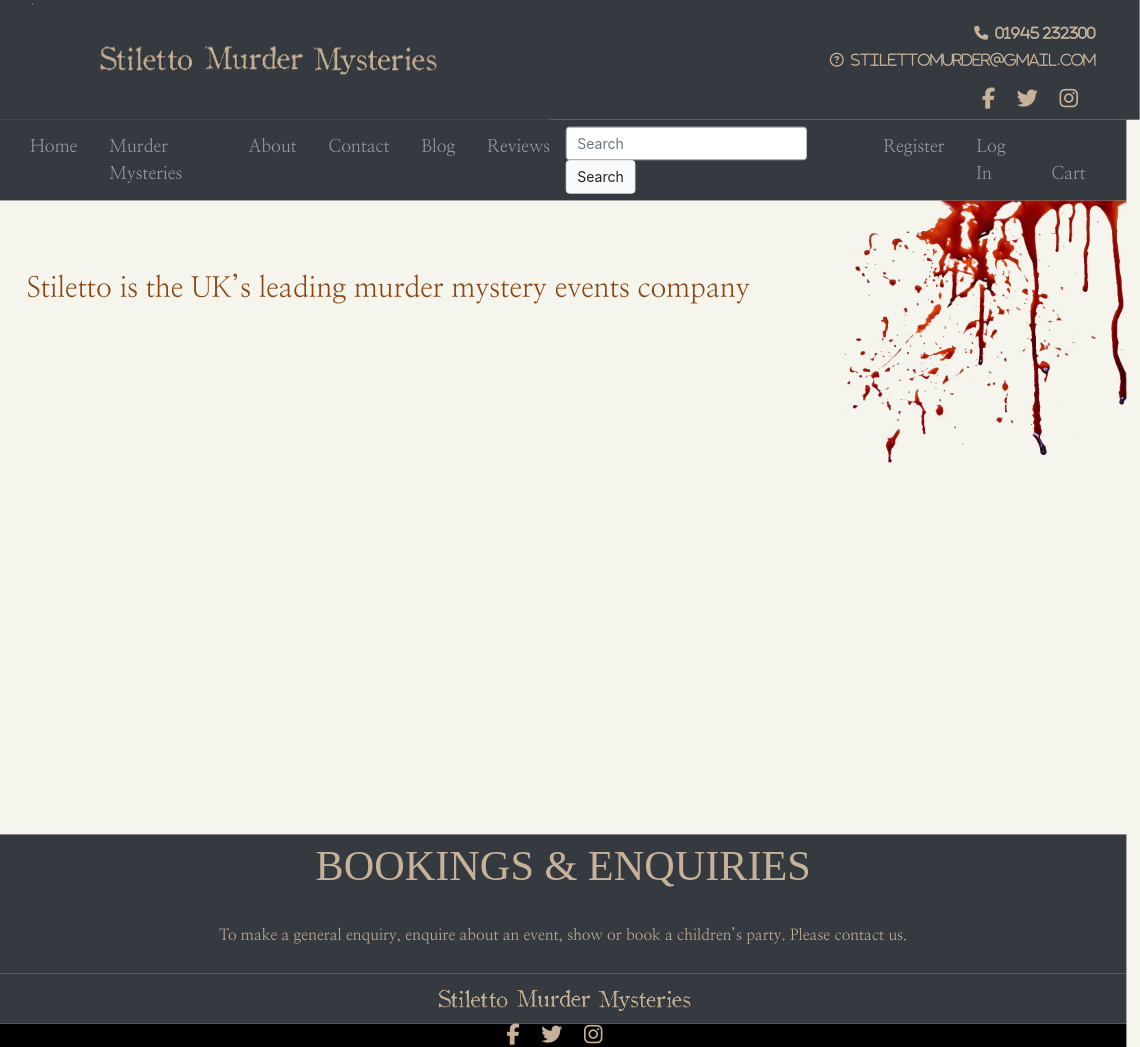
Repository: TaylorD1982/murder-milestone
Page: templates/base.html
The author's editor kept a record of every edit. The page is drawn from the files as they stood at one moment, then again after the next edit.
The browser window is 1280 px wide. The page is 1295 px wide, so the pictures cover 1295 px, including what lies to the right of the window. The pictures show the whole page, at 88% of full size.
Some icons come from a web library that is not loaded, so they are not drawn. Some web fonts or font styles are not loaded; a fallback is used. Some web libraries are served in a nearby version. The template is drawn by Django 2.2. The application's start-up code is not run. Other server files are loaded and not shown. The template is opened directly, without the code that normally fills it, so the values that code supplies are empty.

Above is the page before.
Console error: ReferenceError: emailjs is not defined

### templates/base.html
{% load staticfiles %}
<!DOCTYPE html>
<html lang="en">

<head>
    <meta charset="UTF-8">
    <meta name="viewport" content="width=device-width, initial-scale=1.0">
    <meta http-equiv="X-UA-Compatible" content="ie=edge">
    <title>Murder Mystery</title>
    <link rel="stylesheet" href="{% static 'font-awesome/css/font-awesome.min.css' %}">
    <link rel="stylesheet" href="{% static 'css/custom.css' %}">
    <script src="https://cdnjs.cloudflare.com/ajax/libs/jquery/3.2.1/jquery.min.js"></script>
    <script src="https://cdnjs.cloudflare.com/ajax/libs/twitter-bootstrap/3.3.7/js/bootstrap.min.js"></script>
    <link rel="stylesheet" href="https://maxcdn.bootstrapcdn.com/bootstrap/4.0.0/css/bootstrap.min.css" integrity="sha384-Gn5384xqQ1aoWXA+058RXPxPg6fy4IWvTNh0E263XmFcJlSAwiGgFAW/dAiS6JXm" crossorigin="anonymous">
    <script src="https://code.jquery.com/jquery-3.2.1.slim.min.js" integrity="sha384-KJ3o2DKtIkvYIK3UENzmM7KCkRr/rE9/Qpg6aAZGJwFDMVNA/GpGFF93hXpG5KkN" crossorigin="anonymous"></script>
    <script src="https://cdnjs.cloudflare.com/ajax/libs/popper.js/1.12.9/umd/popper.min.js" integrity="sha384-ApNbgh9B+Y1QKtv3Rn7W3mgPxhU9K/ScQsAP7hUibX39j7fakFPskvXusvfa0b4Q" crossorigin="anonymous"></script>
    <script src="https://maxcdn.bootstrapcdn.com/bootstrap/4.0.0/js/bootstrap.min.js" integrity="sha384-JZR6Spejh4U02d8jOt6vLEHfe/JQGiRRSQQxSfFWpi1MquVdAyjUar5+76PVCmYl" crossorigin="anonymous"></script>

    <script type="text/javascript" src="https://cdn.jsdelivr.net/npm/emailjs-com@2.3.2/dist/email.min.js"></script>
    <script type="text/javascript">
        (function(){
            emailjs.init("user_UbfQMZPiQGURDwMtv5SCI");
        })();
    </script>


    <link href="https://fonts.googleapis.com/css2?family=Italianno&display=swap" rel="stylesheet">
    <script src="https://kit.fontawesome.com/5336900852.js" crossorigin="anonymous"></script>
    <link href="https://fonts.googleapis.com/css?family=Nanum+Myeongjo&display=swap" rel="stylesheet"> {% block head_js %} {% endblock head_js %}
</head>

<body class="body">
    <div class="row banner">
        <div class="col-6">
            <div>
                <img width="100%" src="{% static 'images/banner-desktop-new.png' %}" alt="Stiletto Murder Mysteries">
            </div>
        </div>
        <div class="col-6 box">
            <div class="content-1">
                <div>
                    <i class="fas fa-phone contact-navbar">&nbsp;&nbsp;01945 232300</i>
                </div>
                <div>
                    <i class="far fa-question-circle contact-navbar">&nbsp;&nbsp;stilettomurder@gmail.com</i>
                </div>
            </div>
            <div class="content">
                <a href="https://facebook.com" target="_blank" class="fa fa-facebook"></a>
                <a href="https://twitter.com" target="_blank" class="fa fa-twitter fa-large"></a>
                <a href="https://instagram.com" target="_blank" class="fa fa-instagram fa-large"></a>
            </div>
        </div>
    </div>

    <!-- Fixed masthead -->

    <nav class="navbar navbar-expand-lg navbar-dark bg-dark">
        <button class="navbar-toggler mx-auto" type="button" data-toggle="collapse" data-target="#navbarNavAltMarkup" aria-controls="navbarNavAltMarkup" aria-expanded="false" aria-label="Toggle navigation">
    <span class="navbar-toggler-icon"></span>
  </button>
        <div class="collapse navbar-collapse" id="navbarNavAltMarkup">
            <ul class="navbar-nav mr-auto">
                <li class="nav-item">
                    <a class="nav-link" href="/">Home</a>
                </li>
                <li class="nav-item">
                    <a class="nav-link" href="{% url 'products' %}">Murder Mysteries</a>
                </li>
                <li class="nav-item">
                    <a class="nav-link" href="{% url 'about' %}">About</a>
                </li>
                <li class="nav-item">
                    <a class="nav-link" href="{% url 'contact' %}">Contact</a>
                </li>
                <li class="nav-item">
                    <a class="nav-link" href="{% url 'get_posts' %}">Blog</a>
                </li>
                <li class="nav-item">
                    <a class="nav-link" href="{% url 'get_reviews' %}">Reviews</a>
                </li>
            </ul>
            <form class="form-inline my-2 my-lg-0" action="{% url 'search' %}" method="get">
              <input class="form-control mr-sm-2" placeholder="Search" aria-label="Search" type="text" name="q">
              <button class="btn btn-light my-2 my-sm-0" type="submit">Search</button>
            </form>
            <ul class="navbar-nav ml-auto">
                {% if user.is_authenticated %}
                <li class="nav-item">
                    <a class="nav-link" href="{% url 'profile' %}">Profile</a>
                </li>
                <li class="nav-item">
                    <a class="nav-link" href="{% url 'logout' %}">Log Out</a>
                </li>
                {% else %}
                <li class="nav-item">
                    <a class="nav-link" href="{% url 'registration' %}">Register</a>
                </li>
                <li class="nav-item">
                    <a class="nav-link" href="{% url 'login' %}">Log In</a>
                </li>
                {% endif %}
                <li class="nav-item">
                    <a class="nav-link" href="{% url 'view_cart' %}">
                        <i class="fa fa-shipping-cart"></i>Cart
                            {% if product_count > 0 %}
                            <label class="badge badge-warning">{{ product_count }}</label>
                            {% endif %}
                    </a>
                </li>
            </ul>
        </div>
    </nav>

    <div = class="home">
        {% block content %}

        <img width="100%" src="{% static 'images/haunted-house-desktop.jpeg' %}" alt="Football League">

          <div class="top-left">
              <h1 class="home-text">Stiletto is the UK’s leading murder mystery events company</h1>
          </div>


        {% endblock %}
        {% if messages %}
                <div class="messages">
                    {% for message in messages %} {{ message }} {% endfor %}
                </div>
        {% endif %}


    </div>
    <footer>
        <div>
            <div class="footer-booking-header">BOOKINGS & ENQUIRIES</div>
            <div class="footer-booking-content">To make a general enquiry, enquire about an event, show or book a children’s party. Please contact us.</div>
        </div>
        <div>
            <img width="100%" src="{% static 'images/footer-desktop.png' %}" alt="Stiletto Murder Mysteries">
        </div>
        <div class="social-media">
            <container>
            <a href="https://facebook.com" target="_blank" class="fa fa-facebook"></a>
            <a href="https://twitter.com" target="_blank" class="fa fa-twitter fa-large"></a>
            <a href="https://instagram.com" target="_blank" class="fa fa-instagram fa-large"></a>
            </container>
        </div>
    </footer>
</body>

</html>

### static/css/custom.css
.body {
    background-color: #f5f4ed;
}

.accountform {
    padding-top: 20px;
}

.badge {
    padding-left: 9px;
    padding-right: 9px;
    -webkit-border-radius: 9px;
    -moz-border-radius: 9px;
    border-radius: 9px;
}

.label-warning[href],
.badge-warning[href] {
    background-color: #c67605;
}

caption p {
    word-wrap: break-word;
}

.row.row-flex {
    display: flex;
    flex-wrap: wrap;
    margin-top: 30px;
}

.panel-default {
    border-color: transparent;
    padding: 0 10px;
}

.panel-body {
    height: 100%;
    border: 1px solid #ddd;
}

.product-description {
    min-height: 40px;
}

/*-------------------------Navigation Bar--------*/

.navbar-nav {
  font-family: 'Nanum Myeongjo', serif;
  font-size: 1.25em;
 }

.nav-item {
  padding-left: 10px;
  padding-right: 10px;
 }

.bet_time {
    position:absolute;
    bottom:0;
    right:0;
    padding-right: 50px;
    padding-bottom: 50px;
}

.social-media {
    text-align: center;
    background-color: black;
    font-size: 1em;
}

.fa {
    color: #C7B299;
    font-size: 1.5em;
    padding-right: 20px;
    transition: transform .2s;
    margin: 0 auto;
}

.product-name {
    font-family: 'Italianno', cursive;
    font-size: 4em;
}

.product-description {
    font-family: 'Nanum Myeongjo', serif;
    font-size: 1.25em;
}

.box {
    position: relative;
}

.content {
    position: absolute;
    bottom: 10px;
    right: 50px;
}

.content-1 {
    position: absolute;
    bottom: 50px;
    right: 50px;
}

.banner {
    background-color: #343A40;
}

.form-group {
    padding-right: 7px;
}

/*-------------------------contact page-------*/

.container {
    width: 100%;
    padding-right: 15px;
    padding-left: 15px;
    padding-top: 40px;
    padding-bottom: 50px;
    margin-right: auto;
    margin-left: auto;
}

.contact-navbar {
  font-family: 'Nanum Myeongjo', serif;
  font-size: 1em;
  float: right;
  color: #C7B299;
  padding-top: 5px;
  padding-bottom: 10px;
}

.contact-title {
    font-family: 'Italianno', cursive;
    font-size: 4em;
    padding-bottom: 30px;
}

.contact-heading {
  font-family: 'Nanum Myeongjo', serif;
  font-size: 1.5em;
  color: #8B4513
}

.contact-content {
  font-family: 'Nanum Myeongjo', serif;
  font-size: 1.3em;
  padding-bottom: 30px;
}

.fa:hover {
  -ms-transform: scale(1.1); /* IE 9 */
  -webkit-transform: scale(1.1); /* Safari 3-8 */
  transform: scale(1.1);
  color:black;
  text-decoration: none;
}

.bg-dark {
    background-color: #413D3C!important;
}

/*-------------------------cart page-------*/

.empty {
    padding-top: 50px;
}

/*-------------------------Log In page-------*/

.container1 {
    padding-right: 155px;
    padding-left: 155px;
    padding-top: 40px;
    padding-bottom: 50px;

}

.home {
    position: relative;
}

.messages {
    position:absolute;
    top:10px;
    left: 10px;
    z-index: 1;
    background-color: #39e600;
    font-family: 'Italianno', cursive;
    font-size: 2em;
    padding-bottom: 30px;

}


.input-group {
    margin-right: 10px;
}

.footer-booking-header {
    font-family: 'Italianno', cursive;
    font-size: 3em;
    color: #C7B299;
    padding-bottom: 30px;
    background-color: #343A40;
    text-align: center;
}

.footer-booking-content {
    font-family: 'Nanum Myeongjo', serif;
    font-size: 1.1em;
    color: #C7B299;
    padding-bottom: 30px;
    background-color: #343A40;
    text-align: center;
}

/*---------------Reviews page-------*/

.post-review {
    position:absolute;
    top:20px;
    right: 50px;
}

.review-title {
    font-family: 'Italianno', cursive;
    color: #8B4513;
    font-size: 3em;
}

.review-content {
  font-family: 'Nanum Myeongjo', serif;
  font-size: 1.3em;
  padding-bottom: 1px;
  padding-top: 10px;
}

.review-by {
  font-family: 'Nanum Myeongjo', serif;
  font-size: 1em;
  padding-bottom: 1px;
  padding-top: 10px;
}

/*---------------Blog page-------*/

.blog-title {
    font-family: 'Italianno', cursive;
    color: #8B4513;
    font-size: 3em;
}

.blog-content {
  font-family: 'Nanum Myeongjo', serif;
  font-size: 1.3em;
  padding-bottom: 1px;
  padding-top: 10px;
}

.blog-info {
  font-family: 'Nanum Myeongjo', serif;
  font-size: 1em;
  padding-bottom: 1px;
  padding-top: 10px;
}

.top-left {
  position: absolute;
  top: 80px;
  left: 30px;
  max-width: 1000px;
}

.home-text {
  font-family: 'Nanum Myeongjo', cursive;
  color: #8B4513;
  font-size: 2em;
  padding-bottom: 35px;
}

Loaded but not shown: static/font-awesome/css/font-awesome.min.css (library)

After the next edit:
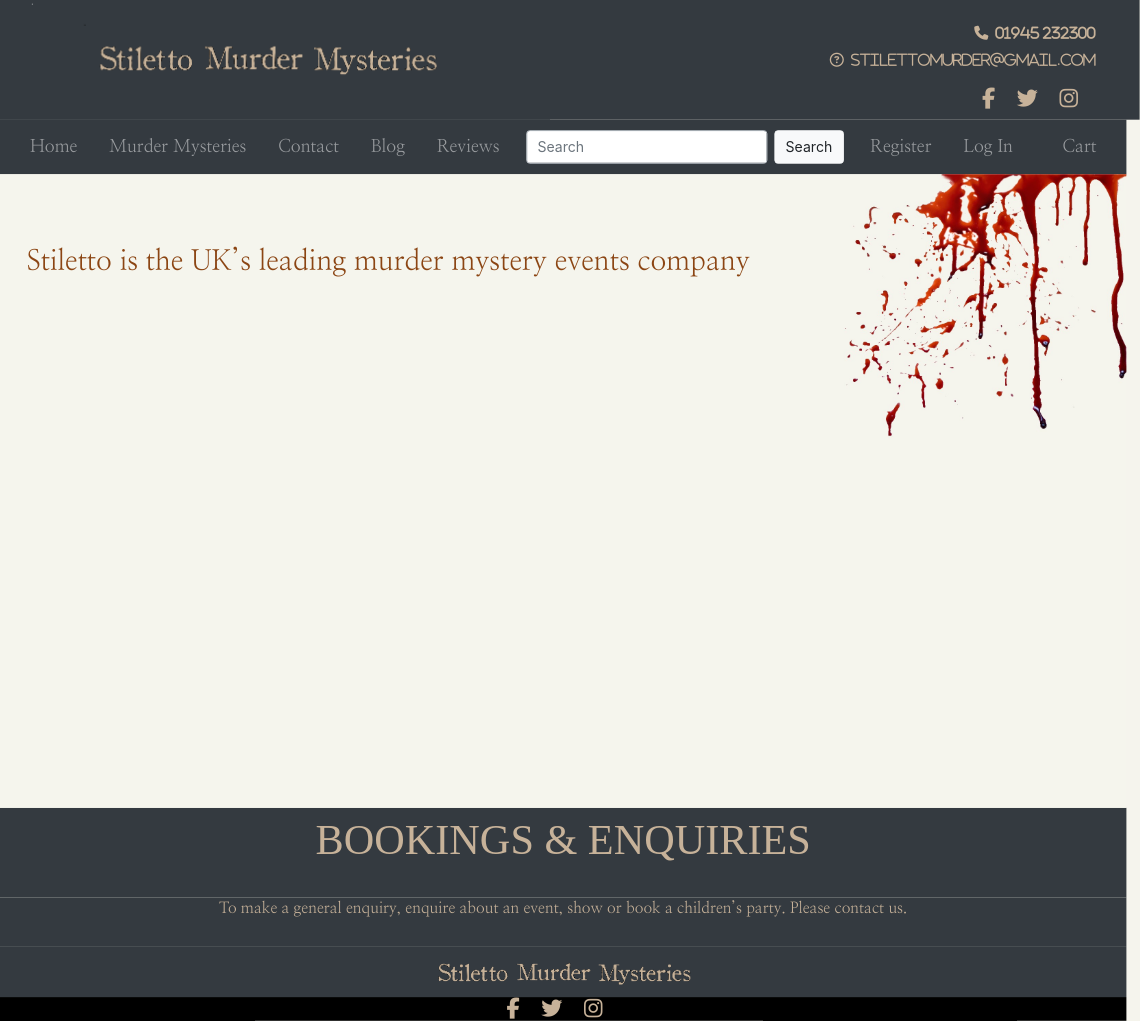
The edit:
--- a/templates/base.html
+++ b/templates/base.html
@@ -66,9 +66,6 @@
                 </li>
                 <li class="nav-item">
                     <a class="nav-link" href="{% url 'products' %}">Murder Mysteries</a>
-                </li>
-                <li class="nav-item">
-                    <a class="nav-link" href="{% url 'about' %}">About</a>
                 </li>
                 <li class="nav-item">
                     <a class="nav-link" href="{% url 'contact' %}">Contact</a>
